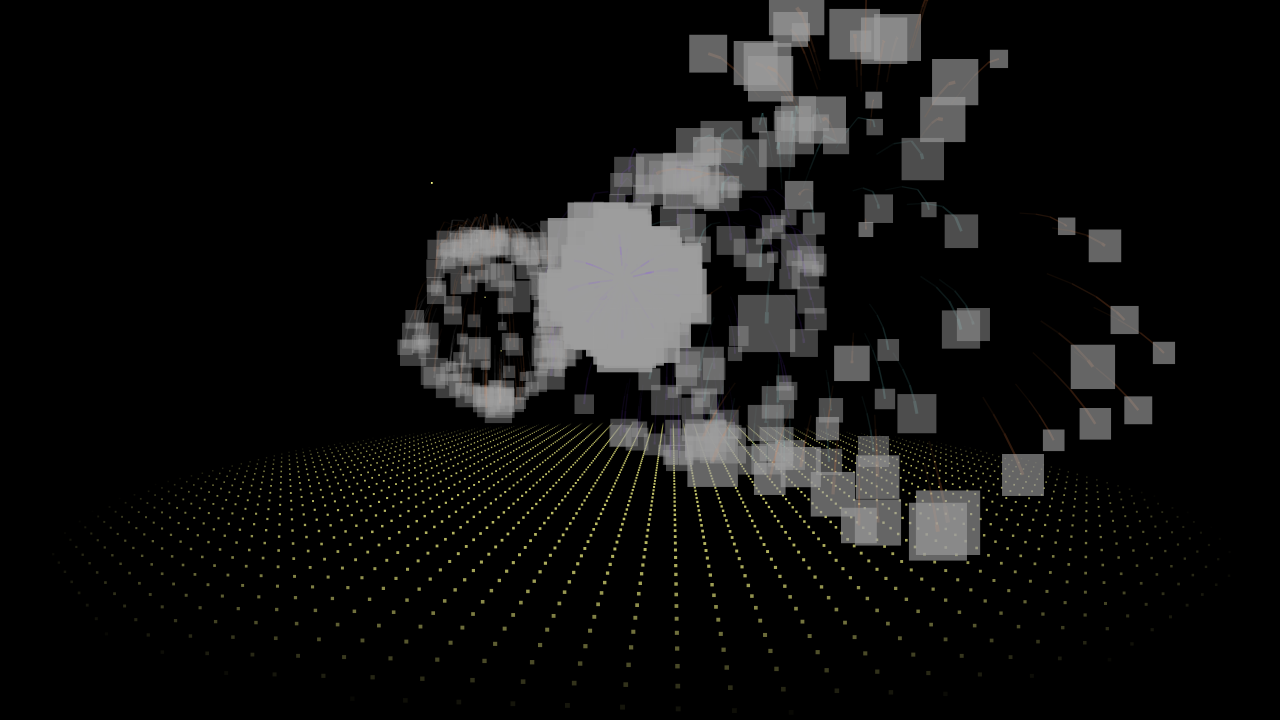
Repository: ngoclong2904/happyNew
Page: index.html
These files come from the project's save history. The page is drawn as it stood at one moment and after the next save; the edit follows.
The browser window is 1280 px wide. The pictures show the whole page.

Above is the page before, as saved 2023-01-12 22:53:57.
Console error: TypeError: Cannot read properties of null (reading 'paused')

### index.html
<!DOCTYPE html>
<html>
  <head>
    <meta charset="utf-8" />
    <title>Quà cho Ly's Ly's</title>

    <style>
      html,
      body {
        margin: 0px;
        width: 100%;
        height: 100%;
        overflow: hidden;
        background: #000;
      }
    </style>
  </head>
  <body>
    <canvas
      id="canvas"
      style="position: absolute; width: 100%; height: 100%; z-index: 8888"
    ></canvas>
    <canvas
      style="position: absolute; width: 100%; height: 100%; z-index: 9999"
      class="canvas"
    ></canvas>
    <div class="overlay">
      <div class="tabs">
        <div class="tabs-labels">
          <span class="tabs-label">Commands</span
          ><span class="tabs-label">Info</span
          ><span class="tabs-label">Share</span>
        </div>

        <div class="tabs-panels">
          <ul class="tabs-panel commands"></ul>
        </div>
      </div>
    </div>
    <script>
      window.onload = function () {
        let oA = document.querySelector("#a1");
        let timer = null;
        function autoPlay() {
          if (oA.paused) {
            oA.paused = false;
            oA.volume = 0.5;
            oA.play();
          } else {
            clearInterval(timer);
          }
        }
        timer = setInterval(autoPlay, 1);
      };
      function initVars() {
        pi = Math.PI;
        ctx = canvas.getContext("2d");
        canvas.width = canvas.clientWidth;
        canvas.height = canvas.clientHeight;
        cx = canvas.width / 2;
        cy = canvas.height / 2;
        playerZ = -25;
        playerX =
          playerY =
          playerVX =
          playerVY =
          playerVZ =
          pitch =
          yaw =
          pitchV =
          yawV =
            0;
        scale = 600;
        seedTimer = 0;
        (seedInterval = 5), (seedLife = 100);
        gravity = 0.02;
        seeds = new Array();
        sparkPics = new Array();
        s = "https://cantelope.org/NYE/";
        for (i = 1; i <= 10; ++i) {
          sparkPic = new Image();
          sparkPic.src = s + "spark" + i + ".png";
          sparkPics.push(sparkPic);
        }
        sparks = new Array();
        pow1 = new Audio(s + "pow1.ogg");
        pow2 = new Audio(s + "pow2.ogg");
        pow3 = new Audio(s + "pow3.ogg");
        pow4 = new Audio(s + "pow4.ogg");
        frames = 0;
      }

      function rasterizePoint(x, y, z) {
        var p, d;
        x -= playerX;
        y -= playerY;
        z -= playerZ;
        p = Math.atan2(x, z);
        d = Math.sqrt(x * x + z * z);
        x = Math.sin(p - yaw) * d;
        z = Math.cos(p - yaw) * d;
        p = Math.atan2(y, z);
        d = Math.sqrt(y * y + z * z);
        y = Math.sin(p - pitch) * d;
        z = Math.cos(p - pitch) * d;
        var rx1 = -1000,
          ry1 = 1,
          rx2 = 1000,
          ry2 = 1,
          rx3 = 0,
          ry3 = 0,
          rx4 = x,
          ry4 = z,
          uc = (ry4 - ry3) * (rx2 - rx1) - (rx4 - rx3) * (ry2 - ry1);
        if (!uc) return { x: 0, y: 0, d: -1 };
        var ua = ((rx4 - rx3) * (ry1 - ry3) - (ry4 - ry3) * (rx1 - rx3)) / uc;
        var ub = ((rx2 - rx1) * (ry1 - ry3) - (ry2 - ry1) * (rx1 - rx3)) / uc;
        if (!z) z = 0.000000001;
        if (ua > 0 && ua < 1 && ub > 0 && ub < 1) {
          return {
            x: cx + (rx1 + ua * (rx2 - rx1)) * scale,
            y: cy + (y / z) * scale,
            d: Math.sqrt(x * x + y * y + z * z),
          };
        } else {
          return {
            x: cx + (rx1 + ua * (rx2 - rx1)) * scale,
            y: cy + (y / z) * scale,
            d: -1,
          };
        }
      }

      function spawnSeed() {
        seed = new Object();
        seed.x = -50 + Math.random() * 100;
        seed.y = 25;
        seed.z = -50 + Math.random() * 100;
        seed.vx = 0.1 - Math.random() * 0.2;
        seed.vy = -1.5; //*(1+Math.random()/2);
        seed.vz = 0.1 - Math.random() * 0.2;
        seed.born = frames;
        seeds.push(seed);
      }

      function splode(x, y, z) {
        t = 5 + parseInt(Math.random() * 150);
        sparkV = 1 + Math.random() * 2.5;
        type = parseInt(Math.random() * 3);
        switch (type) {
          case 0:
            pic1 = parseInt(Math.random() * 10);
            break;
          case 1:
            pic1 = parseInt(Math.random() * 10);
            do {
              pic2 = parseInt(Math.random() * 10);
            } while (pic2 == pic1);
            break;
          case 2:
            pic1 = parseInt(Math.random() * 10);
            do {
              pic2 = parseInt(Math.random() * 10);
            } while (pic2 == pic1);
            do {
              pic3 = parseInt(Math.random() * 10);
            } while (pic3 == pic1 || pic3 == pic2);
            break;
        }
        for (m = 1; m < t; ++m) {
          spark = new Object();
          spark.x = x;
          spark.y = y;
          spark.z = z;
          p1 = pi * 2 * Math.random();
          p2 = pi * Math.random();
          v = sparkV * (1 + Math.random() / 6);
          spark.vx = Math.sin(p1) * Math.sin(p2) * v;
          spark.vz = Math.cos(p1) * Math.sin(p2) * v;
          spark.vy = Math.cos(p2) * v;
          switch (type) {
            case 0:
              spark.img = sparkPics[pic1];
              break;
            case 1:
              spark.img = sparkPics[parseInt(Math.random() * 2) ? pic1 : pic2];
              break;
            case 2:
              switch (parseInt(Math.random() * 3)) {
                case 0:
                  spark.img = sparkPics[pic1];
                  break;
                case 1:
                  spark.img = sparkPics[pic2];
                  break;
                case 2:
                  spark.img = sparkPics[pic3];
                  break;
              }
              break;
          }
          spark.radius = 25 + Math.random() * 50;
          spark.alpha = 1;
          spark.trail = new Array();
          sparks.push(spark);
        }
        switch (parseInt(Math.random() * 4)) {
          case 0:
            pow = new Audio(s + "pow1.ogg");
            break;
          case 1:
            pow = new Audio(s + "pow2.ogg");
            break;
          case 2:
            pow = new Audio(s + "pow3.ogg");
            break;
          case 3:
            pow = new Audio(s + "pow4.ogg");
            break;
        }
        d = Math.sqrt(
          (x - playerX) * (x - playerX) +
            (y - playerY) * (y - playerY) +
            (z - playerZ) * (z - playerZ)
        );
        pow.volume = 1.5 / (1 + d / 10);
        pow.play();
      }

      function doLogic() {
        if (seedTimer < frames) {
          seedTimer = frames + seedInterval * Math.random() * 10;
          spawnSeed();
        }
        for (i = 0; i < seeds.length; ++i) {
          seeds[i].vy += gravity;
          seeds[i].x += seeds[i].vx;
          seeds[i].y += seeds[i].vy;
          seeds[i].z += seeds[i].vz;
          if (frames - seeds[i].born > seedLife) {
            splode(seeds[i].x, seeds[i].y, seeds[i].z);
            seeds.splice(i, 1);
          }
        }
        for (i = 0; i < sparks.length; ++i) {
          if (sparks[i].alpha > 0 && sparks[i].radius > 5) {
            sparks[i].alpha -= 0.01;
            sparks[i].radius /= 1.02;
            sparks[i].vy += gravity;
            point = new Object();
            point.x = sparks[i].x;
            point.y = sparks[i].y;
            point.z = sparks[i].z;
            if (sparks[i].trail.length) {
              x = sparks[i].trail[sparks[i].trail.length - 1].x;
              y = sparks[i].trail[sparks[i].trail.length - 1].y;
              z = sparks[i].trail[sparks[i].trail.length - 1].z;
              d =
                (point.x - x) * (point.x - x) +
                (point.y - y) * (point.y - y) +
                (point.z - z) * (point.z - z);
              if (d > 9) {
                sparks[i].trail.push(point);
              }
            } else {
              sparks[i].trail.push(point);
            }
            if (sparks[i].trail.length > 5) sparks[i].trail.splice(0, 1);
            sparks[i].x += sparks[i].vx;
            sparks[i].y += sparks[i].vy;
            sparks[i].z += sparks[i].vz;
            sparks[i].vx /= 1.075;
            sparks[i].vy /= 1.075;
            sparks[i].vz /= 1.075;
          } else {
            sparks.splice(i, 1);
          }
        }
        p = Math.atan2(playerX, playerZ);
        d = Math.sqrt(playerX * playerX + playerZ * playerZ);
        d += Math.sin(frames / 80) / 1.25;
        t = Math.sin(frames / 200) / 40;
        playerX = Math.sin(p + t) * d;
        playerZ = Math.cos(p + t) * d;
        yaw = pi + p + t;
      }

      function rgb(col) {
        var r = parseInt((0.5 + Math.sin(col) * 0.5) * 16);
        var g = parseInt((0.5 + Math.cos(col) * 0.5) * 16);
        var b = parseInt((0.5 - Math.sin(col) * 0.5) * 16);
        return "#" + r.toString(16) + g.toString(16) + b.toString(16);
      }

      function draw() {
        ctx.clearRect(0, 0, cx * 2, cy * 2);

        ctx.fillStyle = "#ff8";
        for (i = -100; i < 100; i += 3) {
          for (j = -100; j < 100; j += 4) {
            x = i;
            z = j;
            y = 25;
            point = rasterizePoint(x, y, z);
            if (point.d != -1) {
              size = 250 / (1 + point.d);
              d = Math.sqrt(x * x + z * z);
              a = 0.75 - Math.pow(d / 100, 6) * 0.75;
              if (a > 0) {
                ctx.globalAlpha = a;
                ctx.fillRect(
                  point.x - size / 2,
                  point.y - size / 2,
                  size,
                  size
                );
              }
            }
          }
        }
        ctx.globalAlpha = 1;
        for (i = 0; i < seeds.length; ++i) {
          point = rasterizePoint(seeds[i].x, seeds[i].y, seeds[i].z);
          if (point.d != -1) {
            size = 200 / (1 + point.d);
            ctx.fillRect(point.x - size / 2, point.y - size / 2, size, size);
          }
        }
        point1 = new Object();
        for (i = 0; i < sparks.length; ++i) {
          point = rasterizePoint(sparks[i].x, sparks[i].y, sparks[i].z);
          if (point.d != -1) {
            size = (sparks[i].radius * 200) / (1 + point.d);
            if (sparks[i].alpha < 0) sparks[i].alpha = 0;
            if (sparks[i].trail.length) {
              point1.x = point.x;
              point1.y = point.y;
              switch (sparks[i].img) {
                case sparkPics[0]:
                  ctx.strokeStyle = "#f84";
                  break;
                case sparkPics[1]:
                  ctx.strokeStyle = "#84f";
                  break;
                case sparkPics[2]:
                  ctx.strokeStyle = "#8ff";
                  break;
                case sparkPics[3]:
                  ctx.strokeStyle = "#fff";
                  break;
                case sparkPics[4]:
                  ctx.strokeStyle = "#4f8";
                  break;
                case sparkPics[5]:
                  ctx.strokeStyle = "#f44";
                  break;
                case sparkPics[6]:
                  ctx.strokeStyle = "#f84";
                  break;
                case sparkPics[7]:
                  ctx.strokeStyle = "#84f";
                  break;
                case sparkPics[8]:
                  ctx.strokeStyle = "#fff";
                  break;
                case sparkPics[9]:
                  ctx.strokeStyle = "#44f";
                  break;
              }
              for (j = sparks[i].trail.length - 1; j >= 0; --j) {
                point2 = rasterizePoint(
                  sparks[i].trail[j].x,
                  sparks[i].trail[j].y,
                  sparks[i].trail[j].z
                );
                if (point2.d != -1) {
                  ctx.globalAlpha =
                    ((j / sparks[i].trail.length) * sparks[i].alpha) / 2;
                  ctx.beginPath();
                  ctx.moveTo(point1.x, point1.y);
                  ctx.lineWidth =
                    1 +
                    (sparks[i].radius * 10) /
                      (sparks[i].trail.length - j) /
                      (1 + point2.d);
                  ctx.lineTo(point2.x, point2.y);
                  ctx.stroke();
                  point1.x = point2.x;
                  point1.y = point2.y;
                }
              }
            }
            ctx.globalAlpha = sparks[i].alpha;
            ctx.drawImage(
              sparks[i].img,
              point.x - size / 2,
              point.y - size / 2,
              size,
              size
            );
          }
        }
      }

      function frame() {
        if (frames > 100000) {
          seedTimer = 0;
          frames = 0;
        }
        frames++;
        draw();
        doLogic();
        requestAnimationFrame(frame);
      }

      window.addEventListener("resize", () => {
        canvas.width = canvas.clientWidth;
        canvas.height = canvas.clientHeight;
        cx = canvas.width / 2;
        cy = canvas.height / 2;
      });

      initVars();
      frame();
    </script>
  </body>
</html>

After the next save:
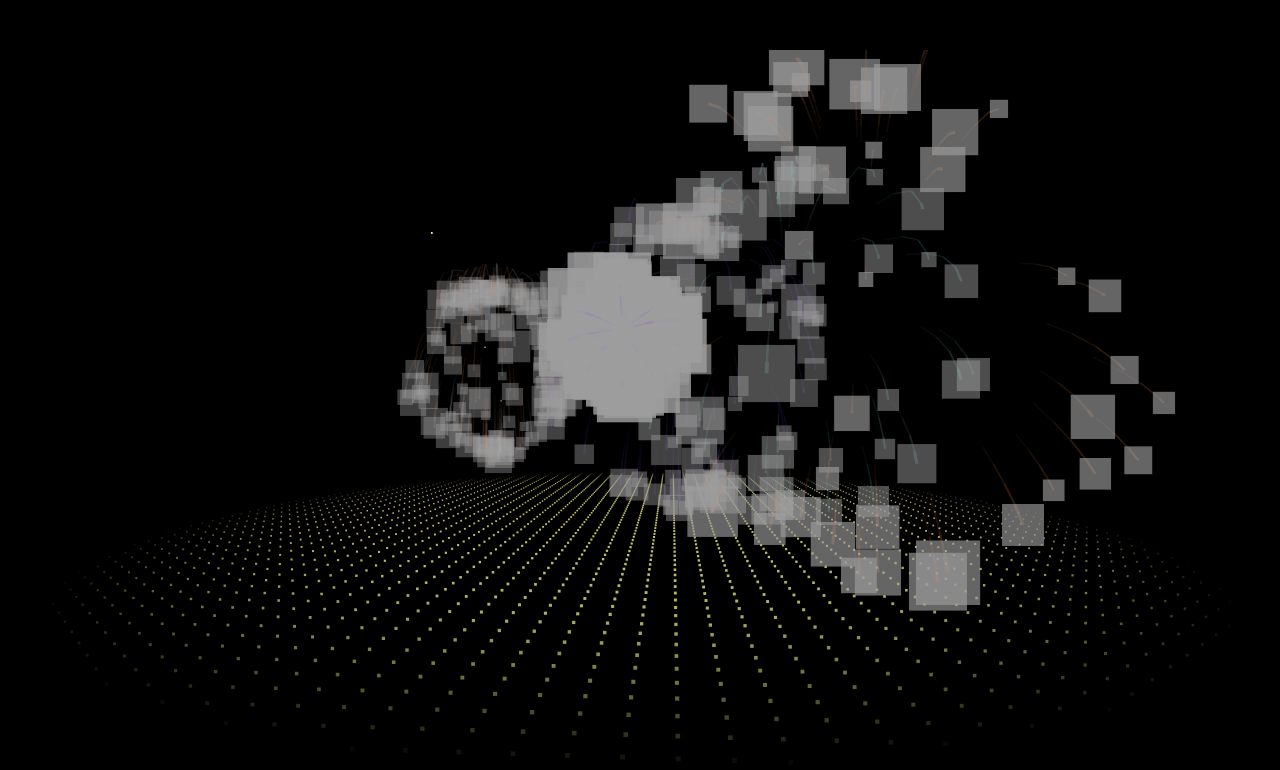
Saved 62 s later.
--- a/index.html
+++ b/index.html
@@ -16,6 +16,7 @@
     </style>
   </head>
   <body>
+    <p>Chúc Ly Ly khỏe mạnh</p>
     <canvas
       id="canvas"
       style="position: absolute; width: 100%; height: 100%; z-index: 8888"

After the save that followed:
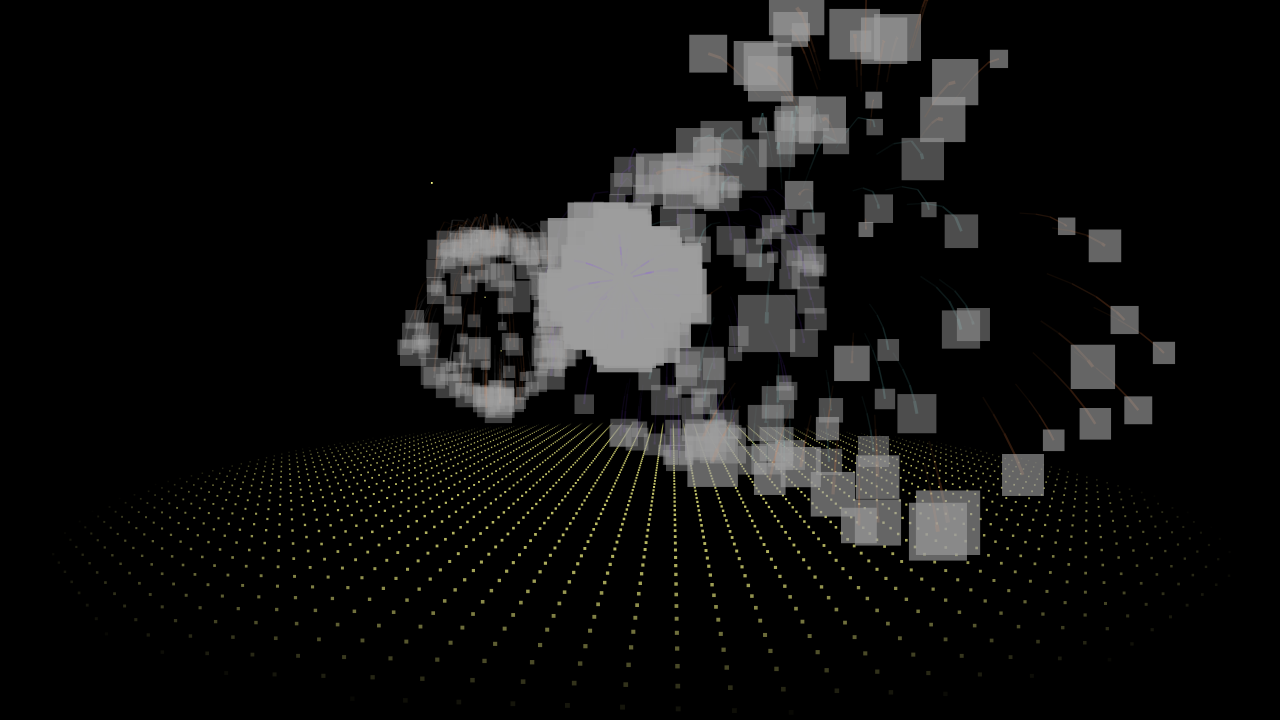
Saved 20 s later.
--- a/index.html
+++ b/index.html
@@ -16,7 +16,6 @@
     </style>
   </head>
   <body>
-    <p>Chúc Ly Ly khỏe mạnh</p>
     <canvas
       id="canvas"
       style="position: absolute; width: 100%; height: 100%; z-index: 8888"
